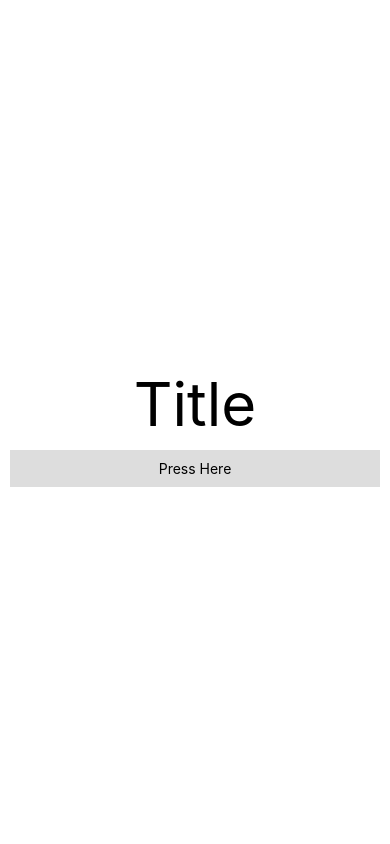
Repository: gatortim50/MyProducts
Screen: /
The author's editor kept a copy of each file at every save. The screen is drawn from the files as they stood at one save, then again after the next save.
The page's requests for data from a server got no answer. The app was drawn by React Native's web renderer in a window 390 px wide. The project was rebuilt for these pictures with package versions that can differ from the ones it lists, and the page was loaded fresh each time. No one was signed in, and anything a server would have sent is missing.

Above is the screen before, as saved 2022-12-20 20:54:12.

After the next save:
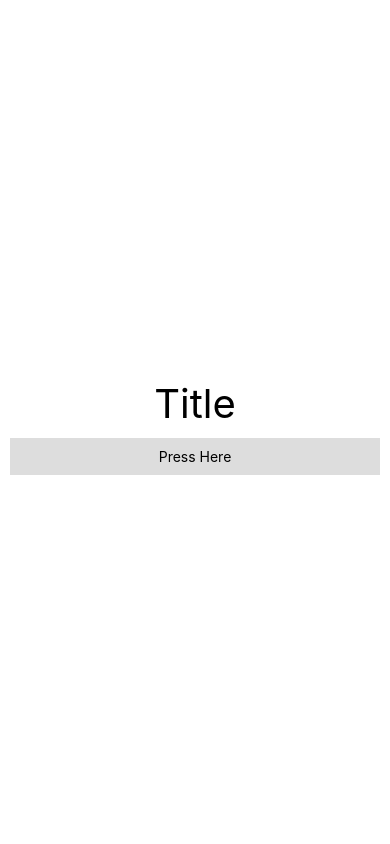
Saved 14 s later.
--- a/src/App.tsx
+++ b/src/App.tsx
@@ -18,7 +18,7 @@ const App = () => {
 
   const Card = ({ title, showButton }) => (
     <View>
-      <Text style={{ fontSize: 60 }}>{title}</Text>
+      <Text style={{ fontSize: 40 }}>{title}</Text>
       {showButton &&
         <TouchableOpacity
         style={styles.button}
